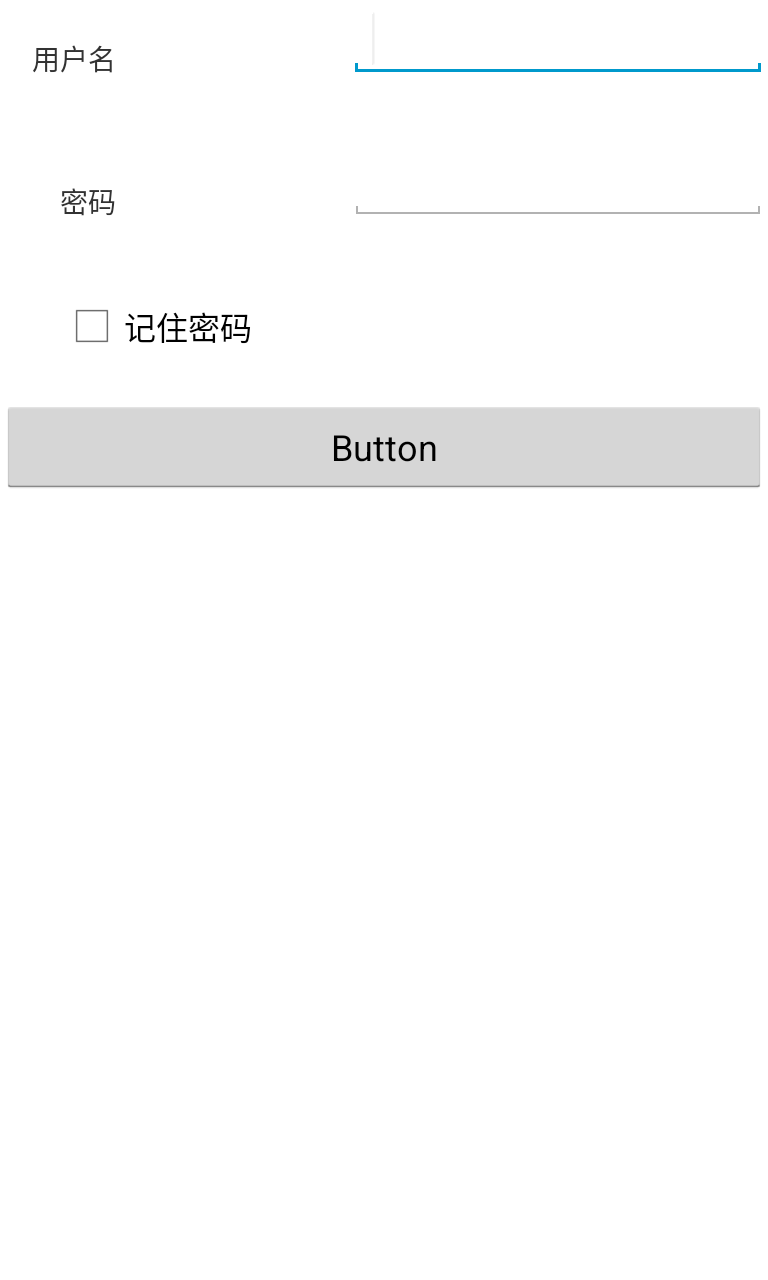
Repository: fengzixu/AndroidLearing
Layout: MyTestPrograme/AndroidDemo/res/layout/layout_save_login.xml
An editor plug-in stored every save of this project. The layout is shown before and after the next save, followed by the edit.
It is drawn on a 768 x 1280 px phone screen (xhdpi) without system bars, with theme AppTheme; the app's code is not run.

Above is the layout before, as saved 2015-05-06 14:27:33.

### MyTestPrograme/AndroidDemo/res/layout/layout_save_login.xml
<?xml version="1.0" encoding="utf-8"?>
<RelativeLayout xmlns:android="http://schemas.android.com/apk/res/android"
    android:layout_width="match_parent"
    android:layout_height="match_parent" >

    <Button
        android:id="@+id/button1"
        android:layout_width="match_parent"
        android:layout_height="wrap_content"
        android:layout_alignParentLeft="true"
        android:layout_below="@+id/savelogin_name_textView1"
        android:layout_marginTop="160dp"
        android:text="Button" />

    <TextView
        android:id="@+id/savelogin_passwd_textView2"
        android:layout_width="wrap_content"
        android:layout_height="wrap_content"
        android:layout_alignBottom="@+id/savelogin_passwd_editText2"
        android:layout_alignRight="@+id/savelogin_name_textView1"
        android:gravity="right"
        android:text="密码" />

    <EditText
        android:id="@+id/savelogin_name_editText1"
        android:layout_width="wrap_content"
        android:layout_height="wrap_content"
        android:layout_alignParentRight="true"
        android:ems="10" >

        <requestFocus />
    </EditText>

    <EditText
        android:id="@+id/savelogin_passwd_editText2"
        android:layout_width="wrap_content"
        android:layout_height="wrap_content"
        android:layout_alignLeft="@+id/savelogin_name_editText1"
        android:layout_below="@+id/savelogin_name_editText1"
        android:layout_marginTop="32dp"
        android:ems="10"
        android:inputType="textPassword" />

    <CheckBox
        android:id="@+id/savelogin_checkBox1"
        android:layout_width="wrap_content"
        android:layout_height="wrap_content"
        android:layout_alignLeft="@+id/savelogin_passwd_textView2"
        android:layout_below="@+id/savelogin_passwd_textView2"
        android:layout_marginTop="36dp"
        android:text="记住密码" />

    <TextView
        android:id="@+id/savelogin_name_textView1"
        android:layout_width="wrap_content"
        android:layout_height="wrap_content"
        android:layout_alignBottom="@+id/savelogin_name_editText1"
        android:layout_alignParentLeft="true"
        android:layout_marginLeft="16dp"
        android:gravity="right"
        android:text="用户名" />

</RelativeLayout>

Loaded but not shown: MyTestPrograme/AndroidDemo/res/values/styles.xml (common file); MyTestPrograme/AndroidDemo/res/values-v11/styles.xml (common file); MyTestPrograme/AndroidDemo/res/values-v14/styles.xml (common file)

After the next save:
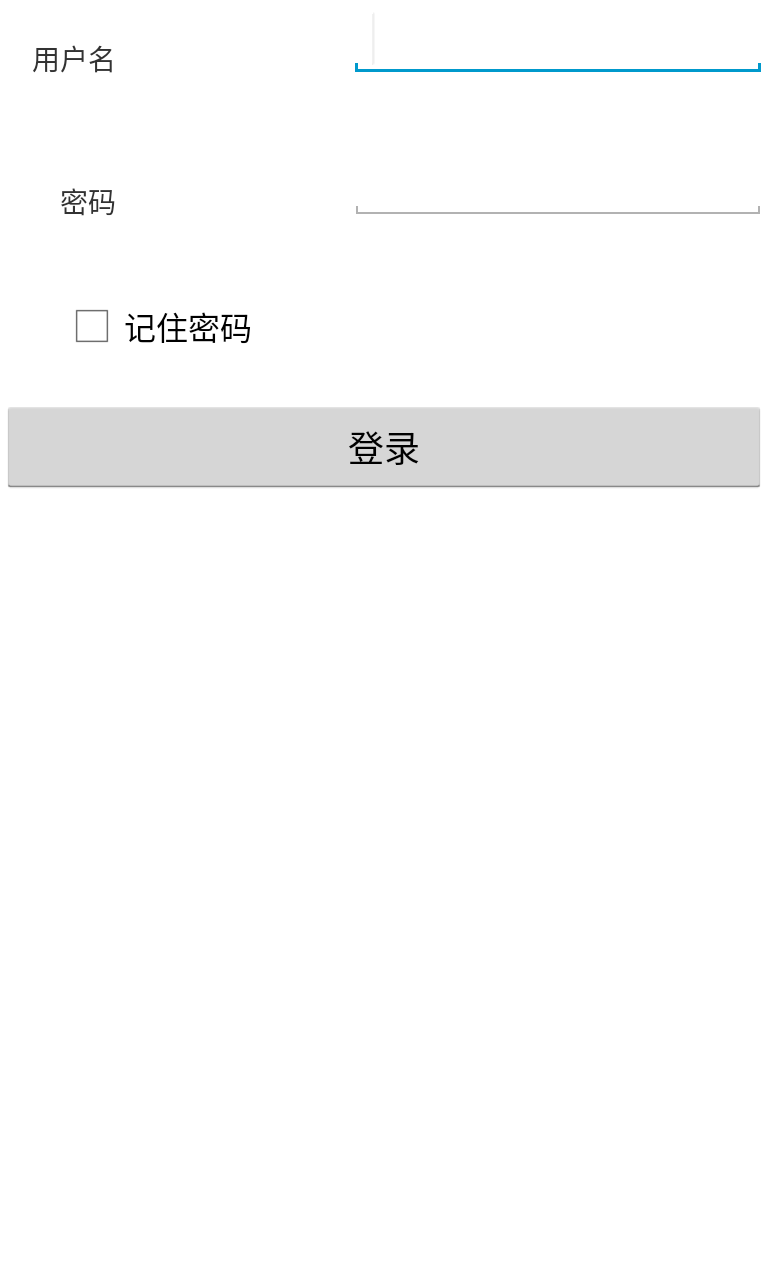
Saved 52 s later.
--- a/MyTestPrograme/AndroidDemo/res/layout/layout_save_login.xml
+++ b/MyTestPrograme/AndroidDemo/res/layout/layout_save_login.xml
@@ -4,13 +4,13 @@
     android:layout_height="match_parent" >
 
     <Button
-        android:id="@+id/button1"
+        android:id="@+id/savelogin_passwd_button1"
         android:layout_width="match_parent"
         android:layout_height="wrap_content"
         android:layout_alignParentLeft="true"
         android:layout_below="@+id/savelogin_name_textView1"
         android:layout_marginTop="160dp"
-        android:text="Button" />
+        android:text="登录" />
 
     <TextView
         android:id="@+id/savelogin_passwd_textView2"
